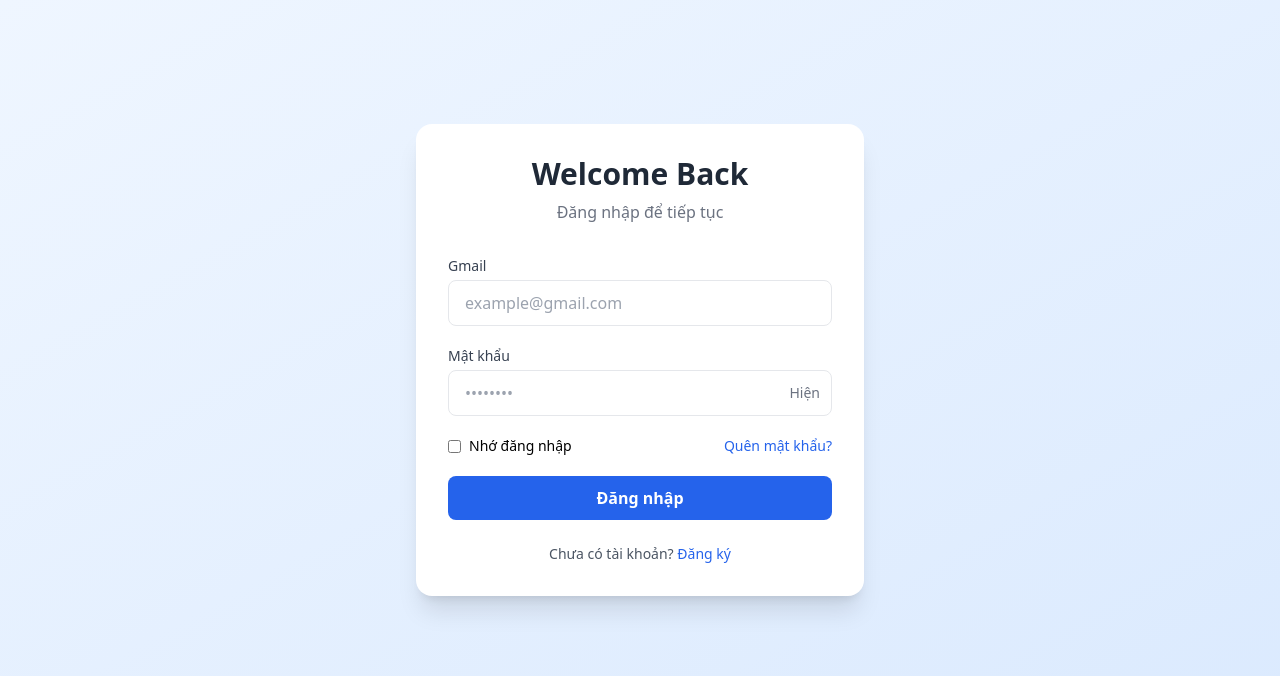
Repository: immanhdung/Frontend_Datalabeling
Page: /
These files come from the project's save history. The page is drawn as it stood at one moment and after the next save; the edit follows.
The browser window is 1280 px wide. The pictures show the whole page.
The project was rebuilt for these pictures with package versions that can differ from the ones it lists, and the page was loaded fresh each time. Also part of the build but not shown: vite.config.js, src/pages/Admin/Dashboard.jsx.

Above is the page before, as saved 2026-01-28 20:27:34.

### index.html
<!doctype html>
<html lang="en">

<head>
  <meta charset="UTF-8" />
  <link rel="icon" type="image/svg+xml" href="/vite.svg" />
  <meta name="viewport" content="width=device-width, initial-scale=1.0" />
  <title>Data Labeling System</title>
  <link rel="preconnect" href="https://fonts.googleapis.com">
  <link rel="preconnect" href="https://fonts.gstatic.com" crossorigin>
  <link
    href="https://fonts.googleapis.com/css2?family=Inter:wght@400;500;600;700&family=Plus+Jakarta+Sans:wght@500;600;700;800&display=swap"
    rel="stylesheet">
</head>

<body>
  <div id="root"></div>
  <script type="module" src="/src/main.jsx"></script>
</body>

</html>

### src/App.jsx
import { BrowserRouter, Routes, Route, Navigate } from "react-router-dom";
import AdminDashboard from "./pages/Admin/Dashboard";
import Login from "./pages/Login";

function App() {
    return (
        <BrowserRouter>
            <Routes>
                <Route path="/" element={<Navigate to="/login" />} />
                <Route path="/login" element={<Login/>}/>
                <Route path="/admin/dashboard" element={<AdminDashboard />}/>
            </Routes>
        </BrowserRouter>
    );
}

export default App;

### src/pages/Login.jsx
import { useState } from "react";

export default function Login() {
  const [showPassword, setShowPassword] = useState(false);

  return (
    <div className="min-h-screen flex items-center justify-center bg-gradient-to-br from-blue-50 to-blue-100">
      <div className="w-full max-w-md bg-white rounded-2xl shadow-xl p-8">
        {/* Title */}
        <h1 className="text-3xl font-bold text-center text-gray-800">
          Welcome Back
        </h1>
        <p className="text-center text-gray-500 mt-2">
          Đăng nhập để tiếp tục
        </p>

        {/* Form */}
        <form className="mt-8 space-y-5">
          {/* Email */}
          <div>
            <label className="block text-sm font-medium text-gray-700 mb-1">
              Gmail
            </label>
            <input
              type="email"
              placeholder="example@gmail.com"
              className="w-full px-4 py-2.5 border rounded-lg
                         focus:outline-none focus:ring-2 focus:ring-blue-500"
            />
          </div>

          {/* Password */}
          <div>
            <label className="block text-sm font-medium text-gray-700 mb-1">
              Mật khẩu
            </label>
            <div className="relative">
              <input
                type={showPassword ? "text" : "password"}
                placeholder="••••••••"
                className="w-full px-4 py-2.5 border rounded-lg
                           focus:outline-none focus:ring-2 focus:ring-blue-500"
              />
              <button
                type="button"
                onClick={() => setShowPassword(!showPassword)}
                className="absolute right-3 top-1/2 -translate-y-1/2
                           text-sm text-gray-500 hover:text-gray-700"
              >
                {showPassword ? "Ẩn" : "Hiện"}
              </button>
            </div>
          </div>

          {/* Options */}
          <div className="flex items-center justify-between text-sm">
            <label className="flex items-center gap-2">
              <input
                type="checkbox"
                className="rounded border-gray-300 text-blue-600"
              />
              Nhớ đăng nhập
            </label>
            <a href="#" className="text-blue-600 hover:underline">
              Quên mật khẩu?
            </a>
          </div>

          {/* Button */}
          <button
            type="button"
            className="w-full bg-blue-600 text-white py-2.5 rounded-lg
                       font-semibold hover:bg-blue-700 transition"
          >
            Đăng nhập
          </button>
        </form>

        {/* Footer */}
        <p className="text-center text-sm text-gray-600 mt-6">
          Chưa có tài khoản?{" "}
          <a href="#" className="text-blue-600 font-medium hover:underline">
            Đăng ký
          </a>
        </p>
      </div>
    </div>
  );
}

Loaded but not shown: src/main.jsx (common file); src/index.css (common file); tailwind.config.js (common file)

After the next save:
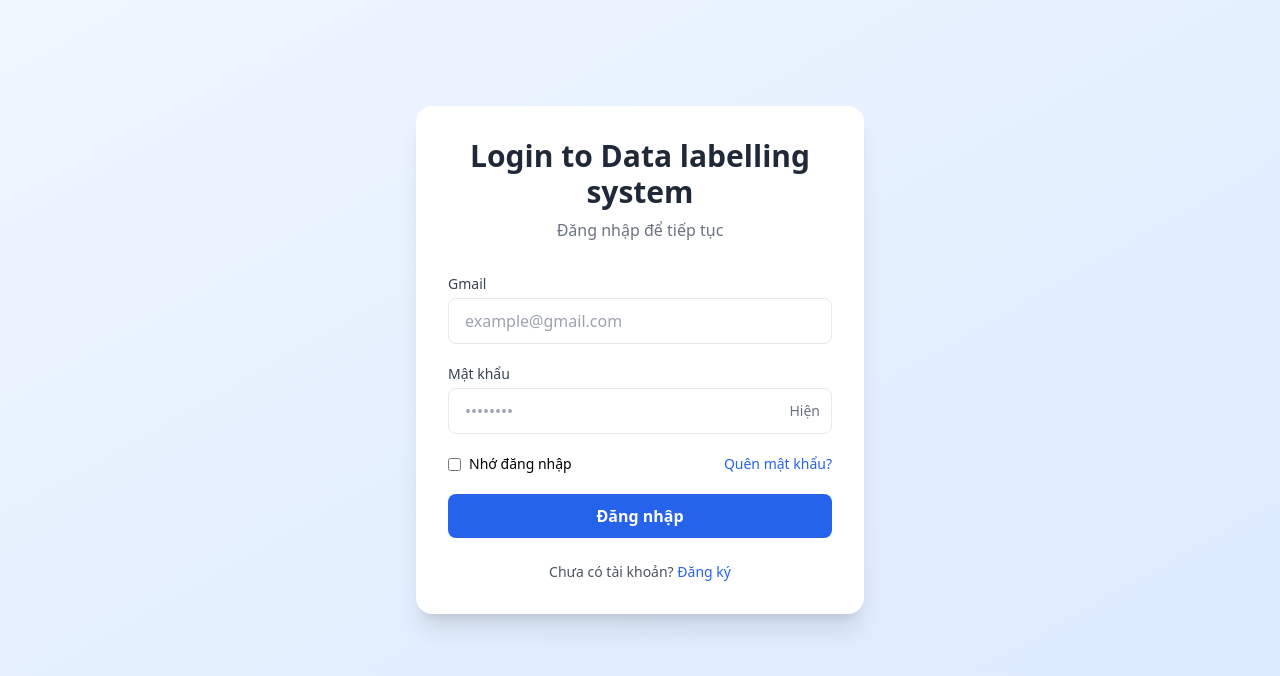
Saved 84 s later.
--- a/src/pages/Login.jsx
+++ b/src/pages/Login.jsx
@@ -8,7 +8,7 @@ export default function Login() {
       <div className="w-full max-w-md bg-white rounded-2xl shadow-xl p-8">
         {/* Title */}
         <h1 className="text-3xl font-bold text-center text-gray-800">
-          Welcome Back
+          Login to Data labelling system
         </h1>
         <p className="text-center text-gray-500 mt-2">
           Đăng nhập để tiếp tục
